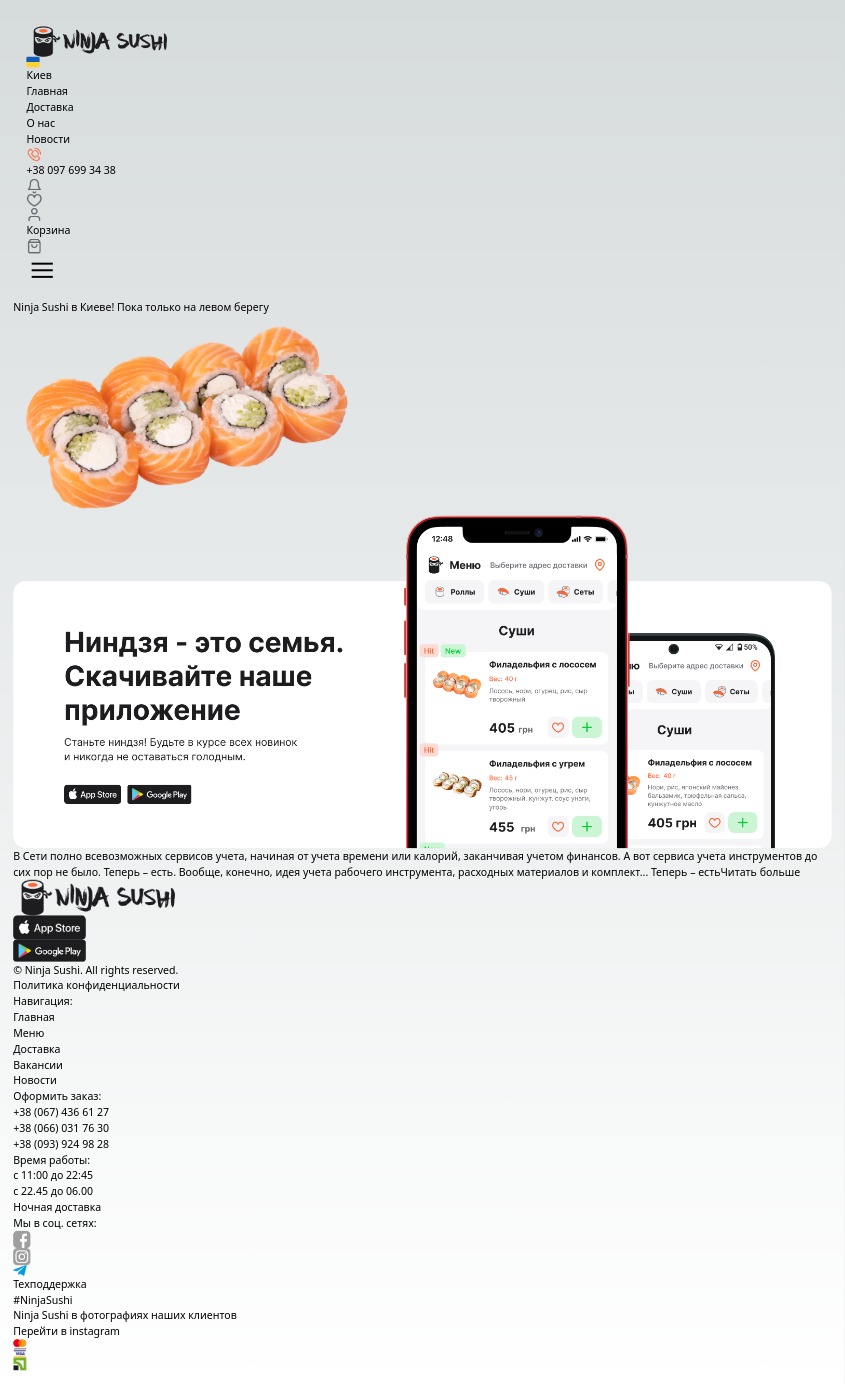
Repository: shokirovG/loyiha
Page: /News
These files come from the project's save history. The page is drawn as it stood at one moment and after the next save; the edit follows.
The browser window is 1280 px wide. The pictures show the whole page, at 66% of full size.
The project was rebuilt for these pictures with package versions that can differ from the ones it lists, and the page was loaded fresh each time. The framework's server and built-in components were replaced by stand-ins that run in the browser. Also part of the build but not shown: next.config.js, Components/Categories.jsx, Components/OpenNav.jsx.

Above is the page before, as saved 2023-07-01 13:36:48.

### pages/News.jsx
import { Header, Slider } from "@/Components";
import Footer from "@/Components/Footer";
import React from "react";

const News = () => {
  return (
    <div className="container p-5">
      <Header />
      <Slider />
      <Footer />
    </div>
  );
};

export default News;

### Components/index.js
export { default as Header } from "./Header";
export { default as Burger } from "./Burger";
export { default as Categories } from "./Categories";
export { default as Slider } from "./Slider";
export { default as OpenNav } from "./OpenNav";

### Components/Footer.jsx
import Image from "next/image";
import Link from "next/link";
import React from "react";

const Footer = () => {
  return (
    <div className="bigOne w-[100%] min-h-[160vh] gap-[50px] text-[16px] text-[#9E9E9E] flex flex-col justify-between mt-10">
      <Image src={"/imgs/play.png"} width={1500} height={644} />
      <p className="paragraph w-[60%] text-center m-auto">
        В Сети полно всевозможных сервисов учета, начиная от учета времени или
        калорий, заканчивая учетом финансов. А вот сервиса учета инструментов до
        сих пор не было. Теперь – есть. Вообще, конечно, идея учета рабочего
        инструмента, расходных материалов и комплект... Теперь – есть
        <span className="float-right text-[#00CC2D] mt-2">Читать больше</span>
      </p>
      <div className="footer flex items-center justify-evenly max-w-[100%] bg-white min-h-[376px] rounded-lg">
        <div className="w-[246px] h-[248px] flex flex-col items-center justify-between">
          <div className="w-[246px] h-[156px] flex flex-col items-center justify-around">
            <Image src={"/imgs/logo.png"} width={246} height={59} />
            <div className="w-[246px] flex justify-around">
              <Image src={"/imgs/appstore.png"} width={110} height={37} />
              <Image src={"/imgs/google.png"} width={110} height={37} />
            </div>
            <span className="text-[14px]">
              © Ninja Sushi. All rights reserved.
            </span>
          </div>
          <span className="text-[14px] text-[#1D1D1F] font-[500]">
            Политика конфиденциальности
          </span>
        </div>
        <div className="footer_items max-w-[754px] min-h-[184px] flex justify-between gap-10 mb-5">
          <ul className="flex flex-col gap-[5px] w-[101px] h-[100%]">
            <li className="text-[14px] text-[#686870]">Навигация:</li>
            <li>
              <Link
                className="text-[16px] text-[#1D1D1F] font-[500]"
                href={"/"}
              >
                Главная
              </Link>
            </li>
            <li>
              <Link
                className="text-[16px] text-[#1D1D1F] font-[500]"
                href={"#"}
              >
                Меню
              </Link>
            </li>
            <li>
              <Link
                className="text-[16px] text-[#1D1D1F] font-[500]"
                href={"#"}
              >
                Доставка
              </Link>
            </li>
            <li>
              <Link
                className="text-[16px] text-[#1D1D1F] font-[500]"
                href={"#"}
              >
                Вакансии
              </Link>
            </li>
            <li>
              <Link
                className="text-[16px] text-[#1D1D1F] font-[500]"
                href={"#"}
              >
                Новости
              </Link>
            </li>
          </ul>

          <ul className="w-[168px] h-[120px] flex flex-col items-start gap-[5px]">
            <li className="text-[14px] text-[#686870]">Оформить заказ:</li>
            <li>
              <Link
                className="text-[16px] text-[#1D1D1F] font-[500]"
                href={"/"}
              >
                +38 (067) 436 61 27
              </Link>
            </li>
            <li>
              <Link
                className="text-[16px] text-[#1D1D1F] font-[500]"
                href={"#"}
              >
                +38 (066) 031 76 30
              </Link>
            </li>
            <li>
              <Link
                className="text-[16px] text-[#1D1D1F] font-[500]"
                href={"#"}
              >
                +38 (093) 924 98 28
              </Link>
            </li>
          </ul>

          <ul className="w-[137px] h-[120px] flex flex-col items-start gap-[5px]">
            <li className="text-[14px] text-[#686870]">Время работы:</li>
            <li>
              <Link
                className="text-[16px] text-[#1D1D1F] font-[500]"
                href={"/"}
              >
                с 11:00 до 22:45
              </Link>
            </li>
            <li>
              <Link
                className="text-[16px] text-[#1D1D1F] font-[500]"
                href={"#"}
              >
                с 22.45 до 06.00
              </Link>
            </li>
            <li className="text-[14px] text-[#686870]">Ночная доставка</li>
          </ul>

          <div className="w-[174px] h-[120px] flex flex-col gap-[12px]">
            <span>Мы в соц. сетях:</span>
            <div className="flex w-[64px] h-[26px] justify-between">
              <Image src={"/imgs/face.png"} width={26} height={26} />
              <Image src={"/imgs/insta.png"} width={26} height={26} />
            </div>
            <button className="w-[160px] h-[40px] bg-[#F5F5F7] rounded-lg flex justify-around items-center p-[12px]">
              <Image src={"/imgs/telegram.png"} width={20} height={16} />
              <Link
                className="text-[#039BE5] text-[16px] font-mono font-[500]"
                href={"#"}
              >
                Техподдержка
              </Link>
            </button>
          </div>
        </div>
        <div className="others w-[246px] min-h-[248px] flex flex-col justify-between pt-[20px] items-center">
          <div className="w-[246px] h-[194] gap-[5px] flex flex-col">
            <h1
              className="title text-[42px] text-[#1D1D1F] font-[700]"
              id="title"
            >
              #NinjaSushi
            </h1>
            <p className="text-[#9E9E9E] text-[16px] line-[24px]" id="texts">
              Ninja Sushi в фотографиях наших клиентов
            </p>
            <button
              id="button"
              className="w-[246px] h-[56px] bg-[#F5F5F7] rounded-[12px] text-[#00CC2D] font-[500] text-[16px] font-[Inter]"
            >
              <Link href={"https://www.instagram.com/bektoshevich_01/"}>
                Перейти в instagram
              </Link>
            </button>
          </div>
          <div className="flex w-[105px] h-[18px] justify-around">
            <Image src={"/imgs/master.png"} width={20} height={16} />
            <Image src={"/imgs/visa.png"} width={20} height={16} />
            <Image src={"/imgs/pg.png"} width={20} height={16} />
          </div>
        </div>
      </div>
    </div>
  );
};

export default Footer;

### Components/Header.jsx
"use client";

import React from "react";
import Image from "next/image";
import { Burger } from ".";
import Link from "next/link";

const Header = () => {
  return (
    <header className="sm:w-auto p-5 md:flex lg:flex xl:flex items-center w-screen justify-around h-24 bg-white mb-[16px]">
      <div className="w-52 h-12">
        <Link href="/" className="">
          <Image src="/imgs/logo.PNG" alt="logo" width={214} height={48} />
        </Link>
      </div>
      <div className="w-3/4 sm:flex md:flex md:items-center md:justify-between lg:flex lg:items-center lg:justify-between">
        <ul className="lg:flex xl:flex md:flex 2xl:flex items-center w-3/6 justify-between gap-12 md:gap-2 lg:gap-12">
          <li className="flex w-20 justify-between items-center g-4 h-3">
            <Image src="/imgs/flag.PNG" alt="logo" width={20} height={2} />
            <a href="#" className="ml-2">
              Киев
            </a>
          </li>
          <li className="">
            <a href="#" className="">
              Главная
            </a>
          </li>
          <li className="">
            <a href="#" className="">
              Доставка
            </a>
          </li>
          <li className="w-12 flex">
            <a href="#" className="w-12">
              О нас
            </a>
          </li>
          <li className="">
            <a href="#" className="">
              Новости
            </a>
          </li>
          <li className="flex items-center">
            <a href="#" className="w-48 justify-around flex items-center">
              <Image src="/imgs/tel.PNG" alt="logo" width={24} height={24} />
              <span>+38 097 699 34 38</span>
            </a>
          </li>
        </ul>
        <div className="flex items-center w-80 h-14">
          <div className="flex w-12 border items-center justify-center h-12 rounded-lg">
            <Image src="/imgs/bell.PNG" alt="logo" width={24} height={24} />
          </div>
          <div className="flex w-12 border items-center ml-2 justify-center h-12 rounded-lg">
            <Image src="/imgs/like.PNG" alt="logo" width={24} height={24} />
          </div>
          <div className="flex w-12 border items-center ml-2 justify-center h-12 rounded-lg">
            <Image src="/imgs/person.PNG" alt="logo" width={24} height={24} />
          </div>
          <div className="flex w-32 justify-around ml-2 border items-center h-12 rounded-lg">
            <span>Корзина</span>
            <Image src="/imgs/cart.PNG" alt="logo" width={24} height={24} />
          </div>
        </div>
      </div>

      <Burger />
    </header>
  );
};
export default Header;

### Components/Burger.jsx
"use client";

import Hamburger from "hamburger-react";
import React, { useState } from "react";
import { OpenNav } from ".";

const Burger = () => {
  const [isOpen, settOpen] = useState(false);
  return (
    <div className="burger">
      <Hamburger toggled={isOpen} toggle={settOpen} />
      {isOpen ? <OpenNav /> : null}
    </div>
  );
};

export default Burger;

### Components/Slider.js
"use client";

import React from "react";
import { Swiper, SwiperSlide } from "swiper/react";
import "swiper/css";
import "swiper/css/pagination";
import { Pagination } from "swiper";
import Image from "next/image";

const Slider = () => {
  return (
    <Swiper
      pagination={true}
      modules={[Pagination]}
      className="mySwiper h-[600px] w-[100%] mt-10"
    >
      <SwiperSlide>
        <div>
          <h1>Ninja Sushi в Киеве! Пока только на левом берегу</h1>
          <Image src={"/imgs/nin.png"} width={516} height={336} />
        </div>
      </SwiperSlide>
      <SwiperSlide>
        <div>
          <h1>Ninja Sushi в Киеве! Пока только на левом берегу</h1>
        </div>
      </SwiperSlide>
      <SwiperSlide>
        <div>
          <h1>Ninja Sushi в Киеве! Пока только на левом берегу</h1>
        </div>
      </SwiperSlide>
      <SwiperSlide>
        <div>
          <h1>Ninja Sushi в Киеве! Пока только на левом берегу</h1>
        </div>
      </SwiperSlide>
    </Swiper>
  );
};

export default Slider;

Loaded but not shown: pages/_app.js (common file); pages/_document.js (common file); styles/globals.css (common file); tailwind.config.js (common file)

After the next save:
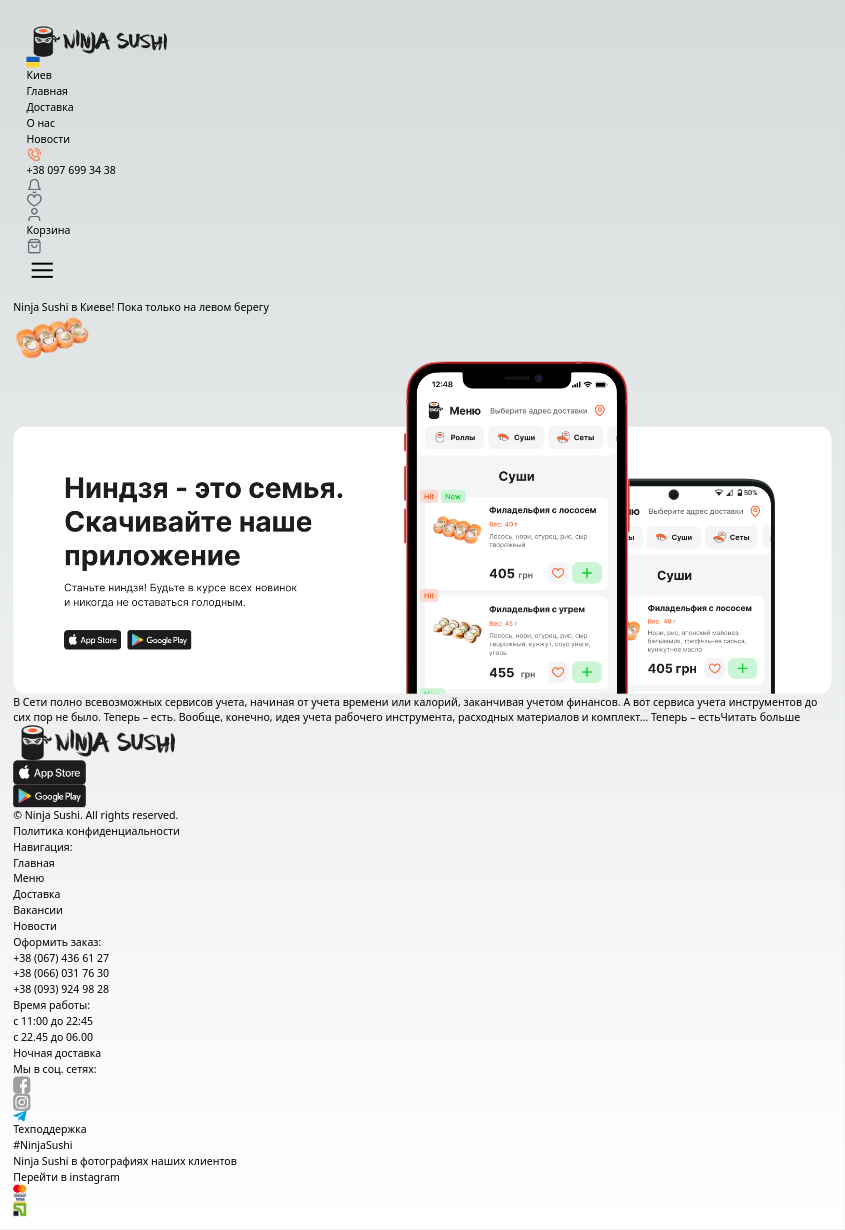
Saved 27 s later.
--- a/Components/Slider.js
+++ b/Components/Slider.js
@@ -17,7 +17,7 @@
       <SwiperSlide>
         <div>
           <h1>Ninja Sushi в Киеве! Пока только на левом берегу</h1>
-          <Image src={"/imgs/nin.png"} width={516} height={336} />
+          <Image src={"/imgs/nin.png"} width={116} height={336} />
         </div>
       </SwiperSlide>
       <SwiperSlide>

After the save that followed:
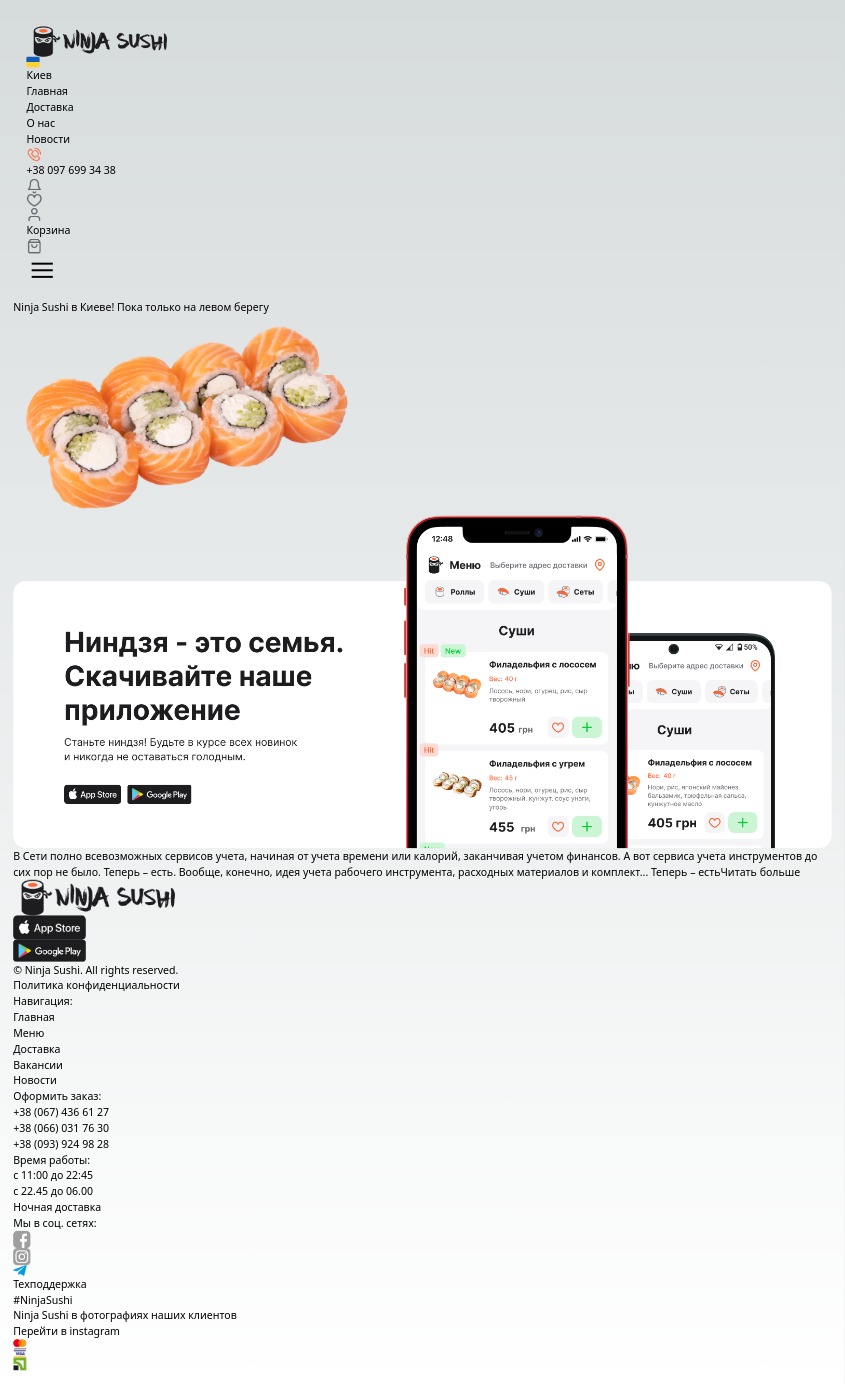
Saved 5 s later.
--- a/Components/Slider.js
+++ b/Components/Slider.js
@@ -17,7 +17,7 @@
       <SwiperSlide>
         <div>
           <h1>Ninja Sushi в Киеве! Пока только на левом берегу</h1>
-          <Image src={"/imgs/nin.png"} width={116} height={336} />
+          <Image src={"/imgs/nin.png"} width={516} height={336} />
         </div>
       </SwiperSlide>
       <SwiperSlide>
